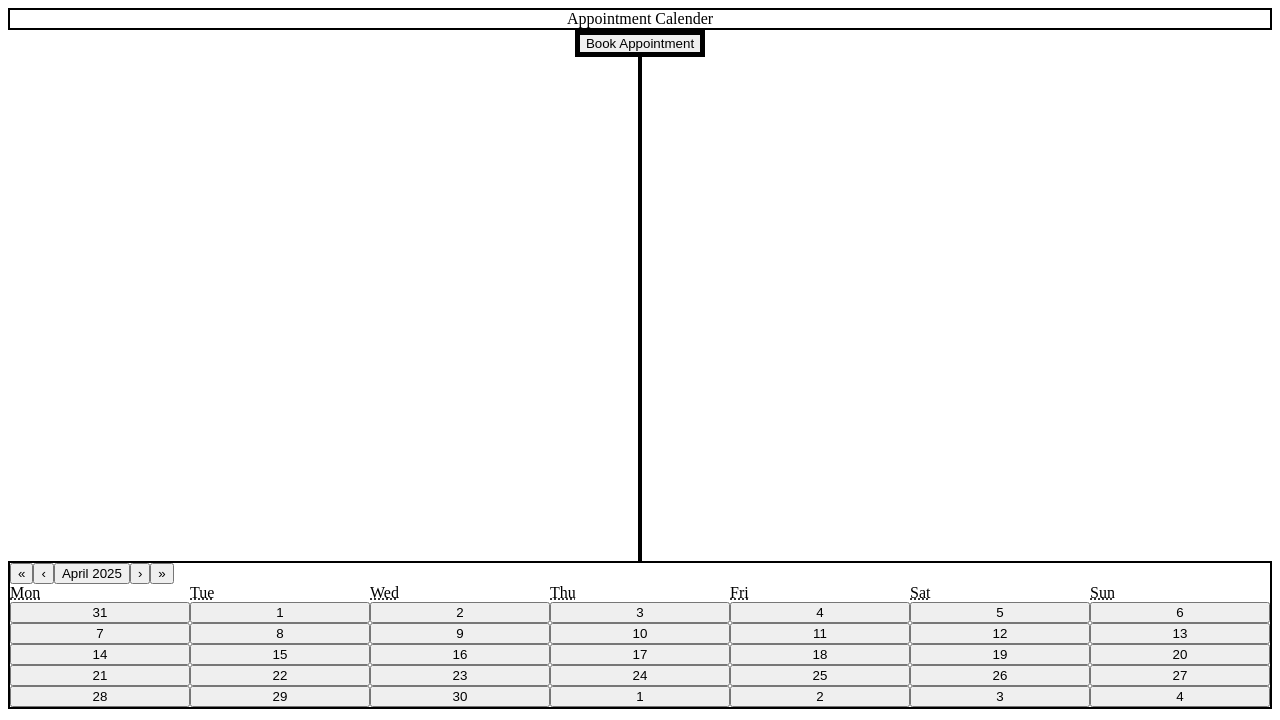
Repository: KennethEskandari/Appointment-Calender-
Page: / (app in Appointment-Calender/)
These files come from the project's save history. The page is drawn as it stood at one moment and after the next save; the edit follows.
The browser window is 1280 px wide. The pictures show the whole page.
The project was rebuilt for these pictures with package versions that can differ from the ones it lists, and the page was loaded fresh each time. Also part of the build but not shown: Appointment-Calender/vite.config.js.

Above is the page before, as saved 2025-04-15 19:41:10.

### Appointment-Calender/src/App.jsx
import { useState } from 'react'
import Calendar from 'react-calendar'

function App() {
  const [date, setDate] = useState(new Date())

  return (
    <div>
      <header className="h-16 border-2 text-center text-2xl bg-purple-400">Appointment Calender</header>
      <button className="text-2xl mx-auto block border-5 mt-8 bg-purple-400 rounded-lg px-4 py-1">Book Appointment</button>

      <div className="mt-8 mx-auto border-2 rounded-lg" style={{ height: '500px', width: 'fit-content' }}></div>
      <Calendar onChange={setDate} value={date} className="mx-auto mt-8 border-2 rounded-lg" />
    </div>

  )
}

export default App

Loaded but not shown: Appointment-Calender/index.html (common file); Appointment-Calender/src/main.jsx (common file); Appointment-Calender/src/index.css (common file)

After the next save:
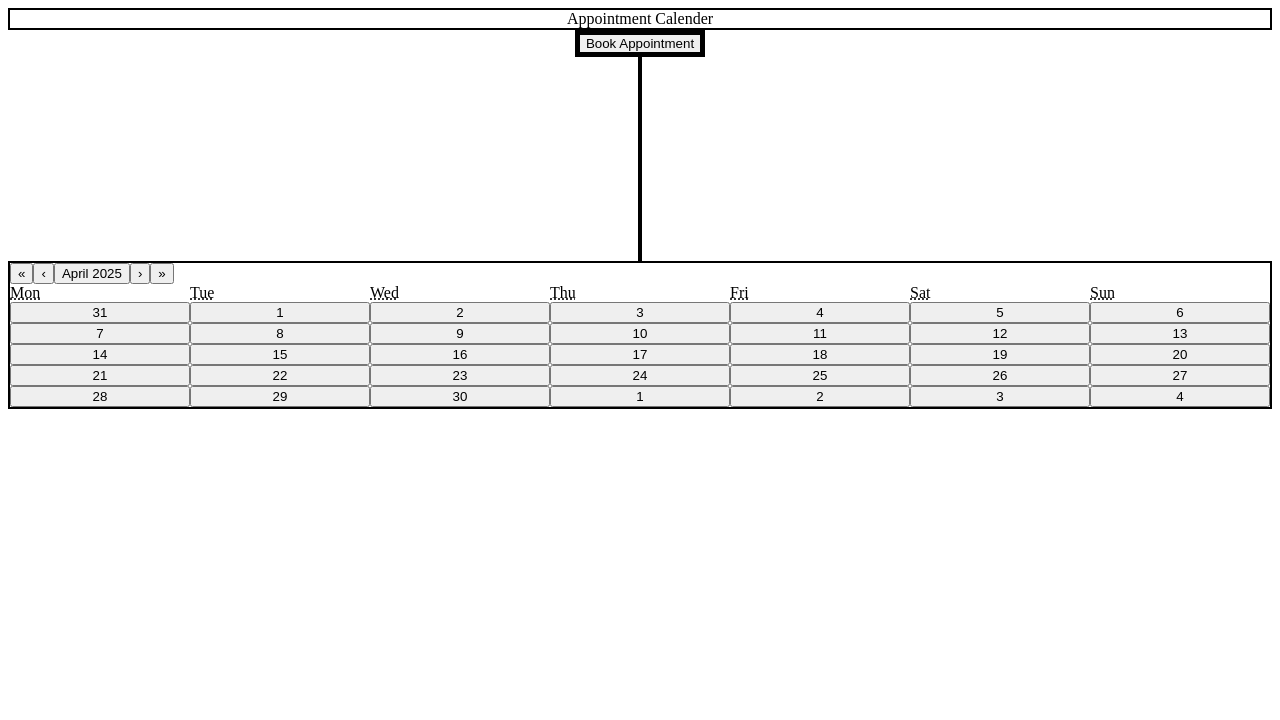
Saved 20 s later.
--- a/Appointment-Calender/src/App.jsx
+++ b/Appointment-Calender/src/App.jsx
@@ -9,7 +9,7 @@ function App() {
       <header className="h-16 border-2 text-center text-2xl bg-purple-400">Appointment Calender</header>
       <button className="text-2xl mx-auto block border-5 mt-8 bg-purple-400 rounded-lg px-4 py-1">Book Appointment</button>
 
-      <div className="mt-8 mx-auto border-2 rounded-lg" style={{ height: '500px', width: 'fit-content' }}></div>
+      <div className="mt-8 mx-auto border-2 rounded-lg" style={{ height: '200px', width: 'fit-content' }}></div>
       <Calendar onChange={setDate} value={date} className="mx-auto mt-8 border-2 rounded-lg" />
     </div>
 
